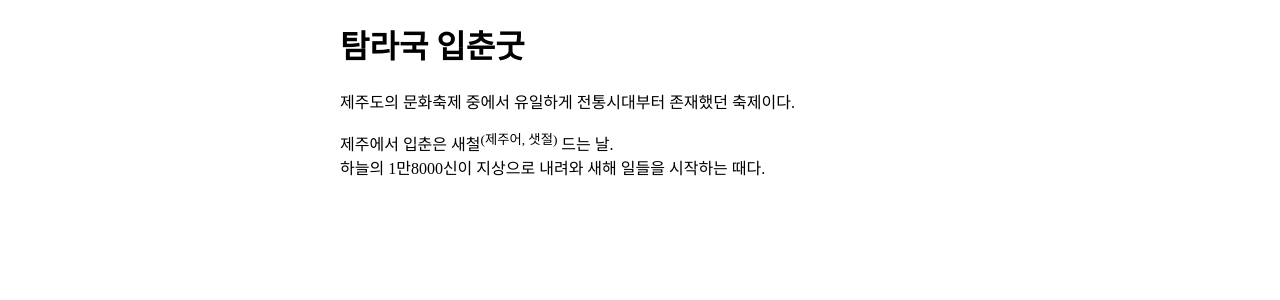
Repository: Kebiskim/2023_WebStudy
Page: 01_css/src/main/webapp/day01/Ex03_Selector.html
The author's editor kept a copy of each file at every save. The page is drawn from the files as they stood at one save, then again after the next save.
The browser window is 1280 px wide. The pictures show the whole page.

Above is the page before, as saved 2023-06-23 01:47:56.

### 01_css/src/main/webapp/day01/Ex03_Selector.html
<!DOCTYPE html>
<html>
<head>
<meta charset="UTF-8">
<title>Insert title here</title>
<style type="text/css">
	#myid{
		width:600px;
		margin:auto;
	}
</style>
</head>
<body>
	<div id="myid">
	    <h1>탐라국 입춘굿</h1>
	    <p>제주도의 문화축제 중에서 유일하게 <span class="accent">전통시대부터 존재했던 축제</span>이다.</p>
	    <p>제주에서 입춘은 새철<sup>(제주어, 샛절)</sup> 드는 날. <br>
	      하늘의 1만8000신이 지상으로 내려와 새해 일들을 시작하는 때다.
	    </p>
	</div>
</body>
</html>

After the next save:
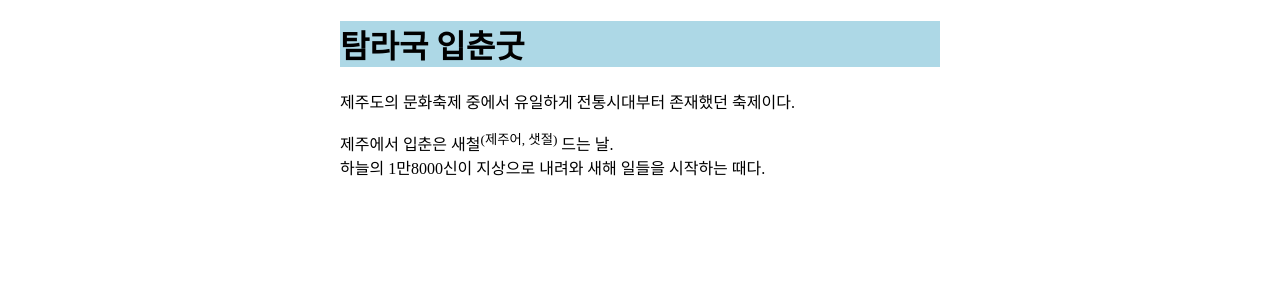
Saved 59 s later.
--- a/01_css/src/main/webapp/day01/Ex03_Selector.html
+++ b/01_css/src/main/webapp/day01/Ex03_Selector.html
@@ -7,6 +7,9 @@
 	#myid{
 		width:600px;
 		margin:auto;
+	}
+	h1{
+		background-color:lightblue;
 	}
 </style>
 </head>
